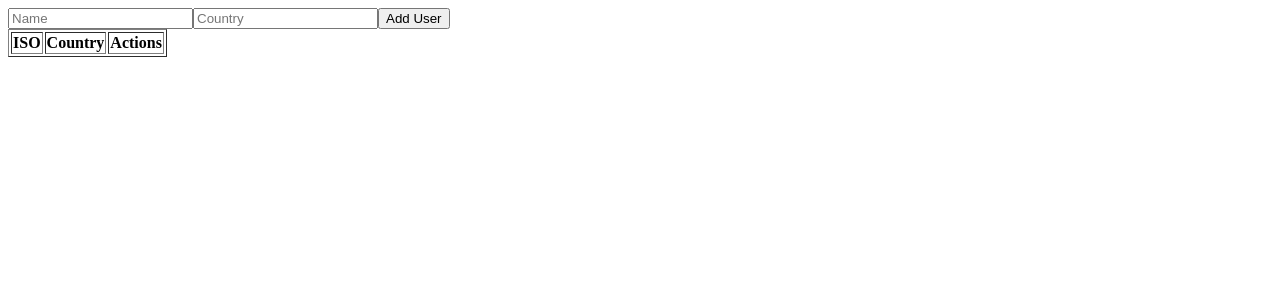
Repository: sunilkc-7/FormikwithRedux
Page: /
The author's editor kept a copy of each file at every save. The page is drawn from the files as they stood at one save, then again after the next save.
The browser window is 1280 px wide. The pictures show the whole page.
The page's requests for data from a server got no answer. The project was rebuilt for these pictures with package versions that can differ from the ones it lists, and the page was loaded fresh each time. No one was signed in, and anything a server would have sent is missing.

Above is the page before, as saved 2023-08-17 10:14:42.

After the next save:
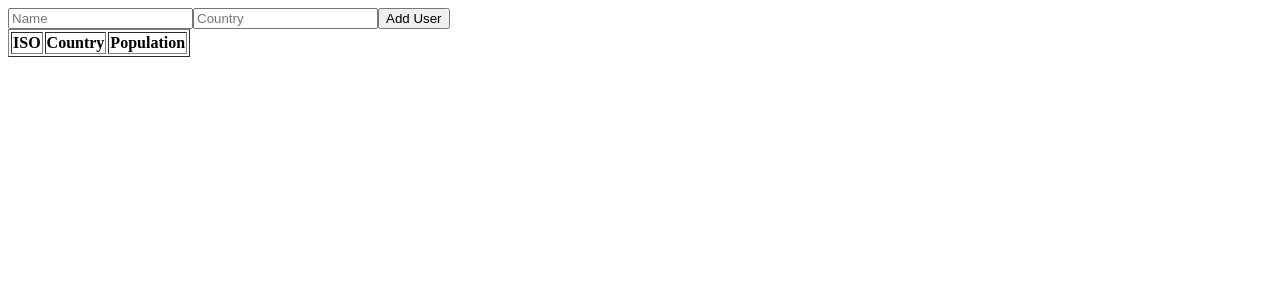
Saved 76 s later.
--- a/src/components/App.js
+++ b/src/components/App.js
@@ -64,14 +64,15 @@ const App = () => {
           <tr>
             <th>ISO</th>
             <th>Country</th>
-            <th>Actions</th>
+            <th>Population</th>
           </tr>
         </thead>
         <tbody>
           {users.map((user) => (
             <tr key={user.id}>
-              <td>{user.name}</td>
-              <td>{user.country}</td>
+              <td>{user.ISO}</td>
+              <td>{user.population}</td>
+              <td>{}</td>
               <td>
                 <button onClick={() => handleUpdateUser(user)}>Update</button>
                 <button onClick={() => handleDeleteUser(user.id)}>
